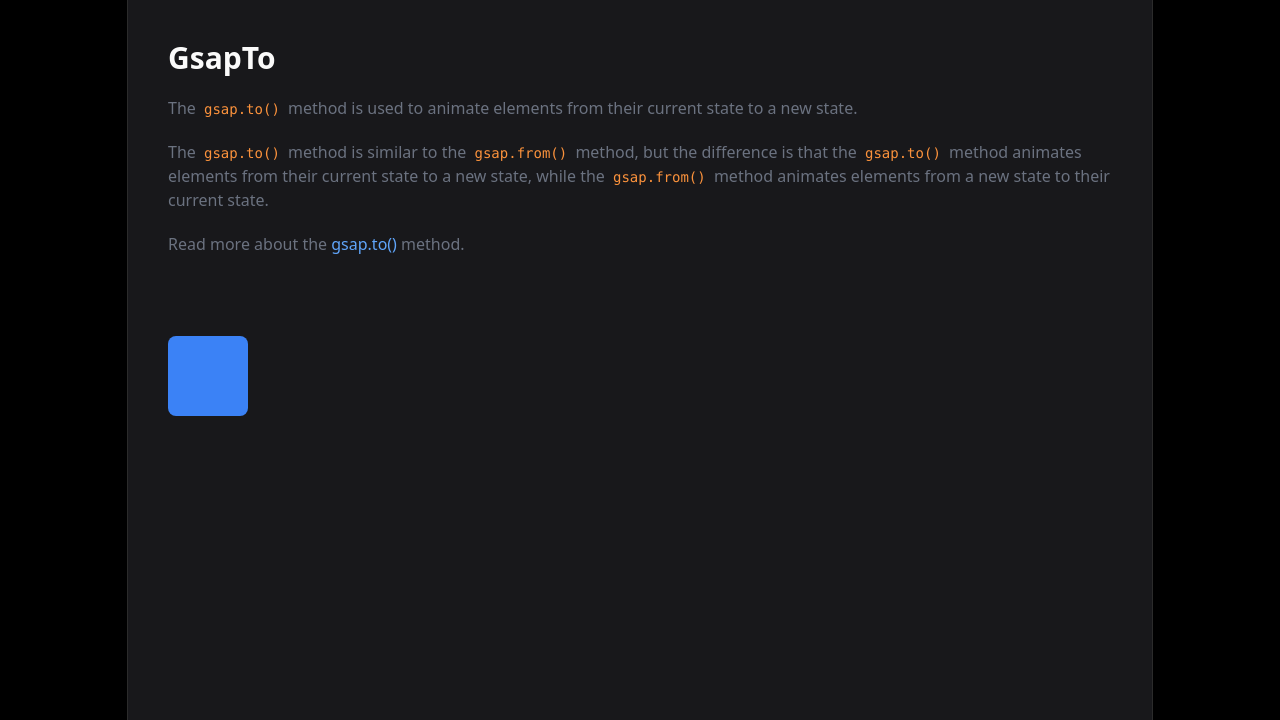
Repository: mgoyeghiaian/gsap-Starter
Page: /gsapto
The author's editor kept a copy of each file at every save. The page is drawn from the files as they stood at one save, then again after the next save.
The browser window is 1280 px wide. The pictures show the whole page.
The project was rebuilt for these pictures with package versions that can differ from the ones it lists, and the page was loaded fresh each time. Also part of the build but not shown: vite.config.js, src/pages/Home.jsx, src/pages/GsapFrom.jsx, src/pages/GsapFromTo.jsx, src/pages/GsapStagger.jsx, src/pages/GsapTimeline.jsx, src/pages/GsapScrollTrigger.jsx, src/pages/GsapText.jsx.

Above is the page before, as saved 2024-03-17 23:21:00.

After the next save:
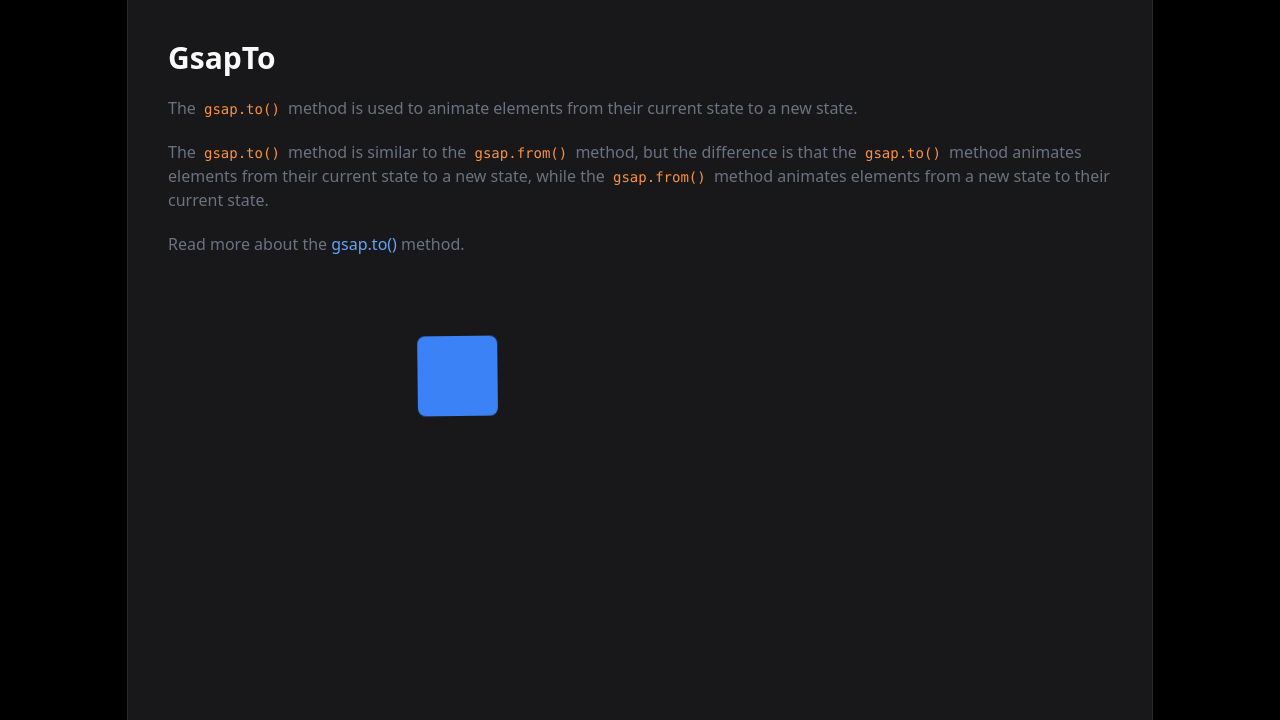
Saved 65 s later.
--- a/src/pages/GsapTo.jsx
+++ b/src/pages/GsapTo.jsx
@@ -4,12 +4,13 @@
 const GsapTo = () => {
   // TODO: Implement the gsap.to() method
   useGSAP(() => {
-    gsap.to("#blue-box", {
-      rotate: true,
+    gsap.to('#blue-box', {
       x: 250,
+      repeat: -1,
       yoyo: true,
-      repeat: -1,
       rotation: 360,
+      duration: 2,
+      ease: 'expo',
     })
   }, [])
   return (
